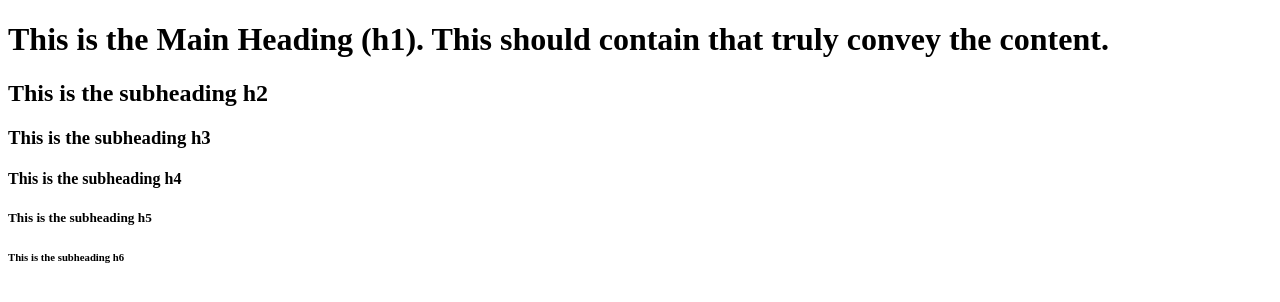
Repository: Koniya/my-coding-practices
Page: headings.html
The author's editor kept a copy of each file at every save. The page is drawn from the files as they stood at one save, then again after the next save.
The browser window is 1280 px wide. The pictures show the whole page.

Above is the page before, as saved 2024-01-24 19:35:58.

### headings.html
<!DOCTYPE html>
<html>
    <head>
        <meta charset="utf-8">
        <title>Heading Elements</title>
    </head>
    <body>
        <h1>This is the Main Heading (h1). This should contain that truly convey the content.</h1>
        <h2>This is the subheading h2</h2>
        <h3>This is the subheading h3</h3>
        <h4>This is the subheading h4</h4>
        <h5>This is the subheading h5</h5>
        <h6>This is the subheading h6</h6>
    </body>
</html>

After the next save:
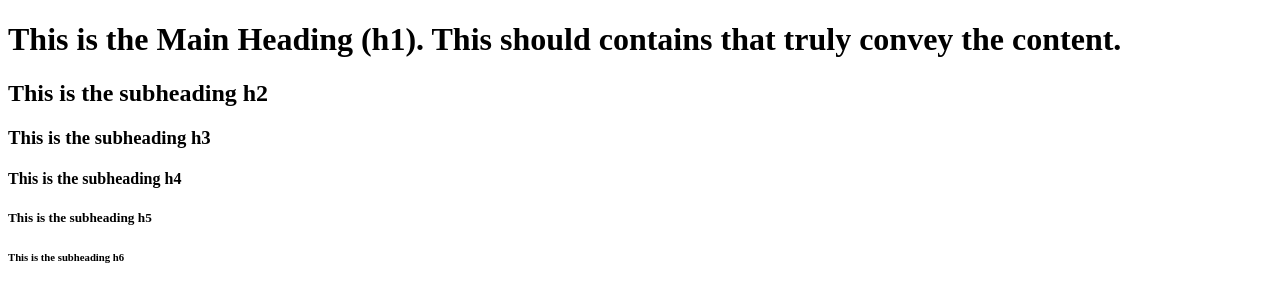
Saved 18 s later.
--- a/headings.html
+++ b/headings.html
@@ -5,7 +5,7 @@
         <title>Heading Elements</title>
     </head>
     <body>
-        <h1>This is the Main Heading (h1). This should contain that truly convey the content.</h1>
+        <h1>This is the Main Heading (h1). This should contains that truly convey the content.</h1>
         <h2>This is the subheading h2</h2>
         <h3>This is the subheading h3</h3>
         <h4>This is the subheading h4</h4>
